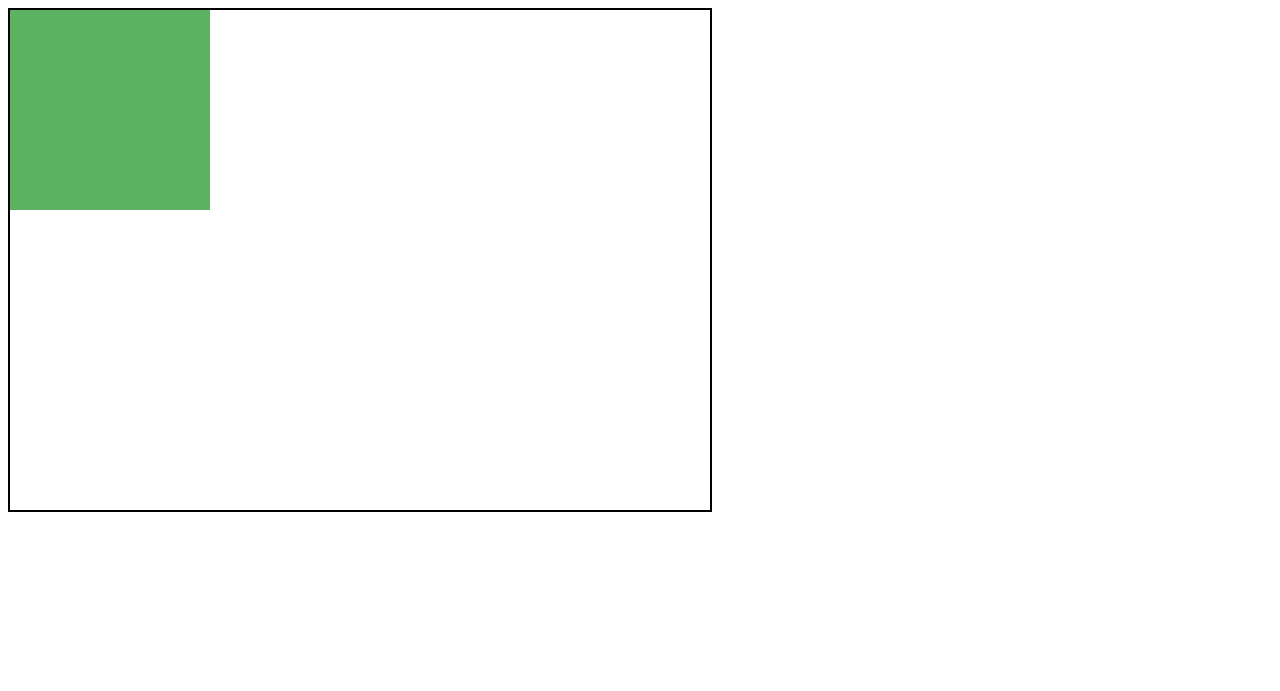
Repository: sezna/gamestuff
Page: http://localhost/
The author's editor kept a record of every edit. The page is drawn from the files as they stood at one moment, then again after the next edit.
The browser window is 1280 px wide. The pictures show the whole page.
The page is run by PHP 8.4 with error messages shown; the project is at /var/www/html/.

Above is the page before.

### workspace/index.php
<html>
<head>

</head>
<canvas id="canvas" width="700" height="500"
		style="border:2px solid #000000;"></canvas>
<body>

<script>
      var canvas = document.getElementById("canvas");
      var ctx = canvas.getContext("2d");


      ctx.fillStyle = "#5bb261";

      ctx.fillRect(0, 0, 200, 200);

</script>

</body>
</html>

After the next edit:
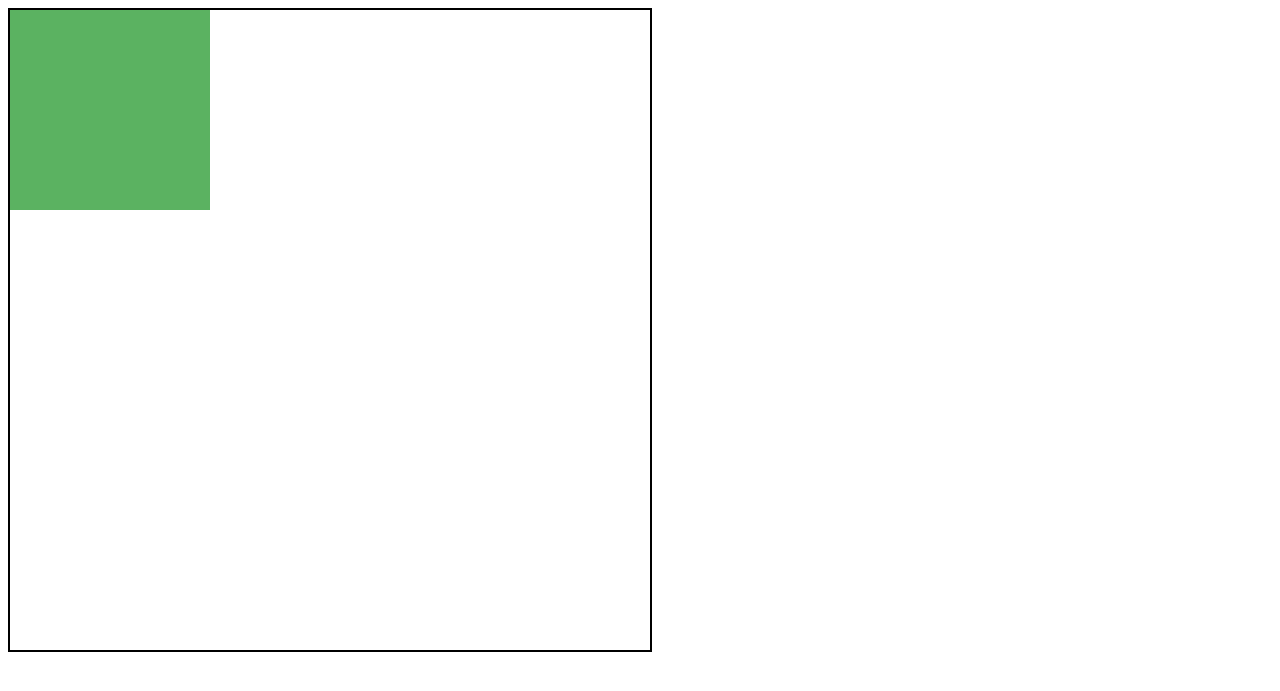
The edit:
--- a/workspace/index.php
+++ b/workspace/index.php
@@ -2,7 +2,7 @@
 <head>
 
 </head>
-<canvas id="canvas" width="700" height="500"
+<canvas id="canvas" width="640" height="640"
 		style="border:2px solid #000000;"></canvas>
 <body>
 
